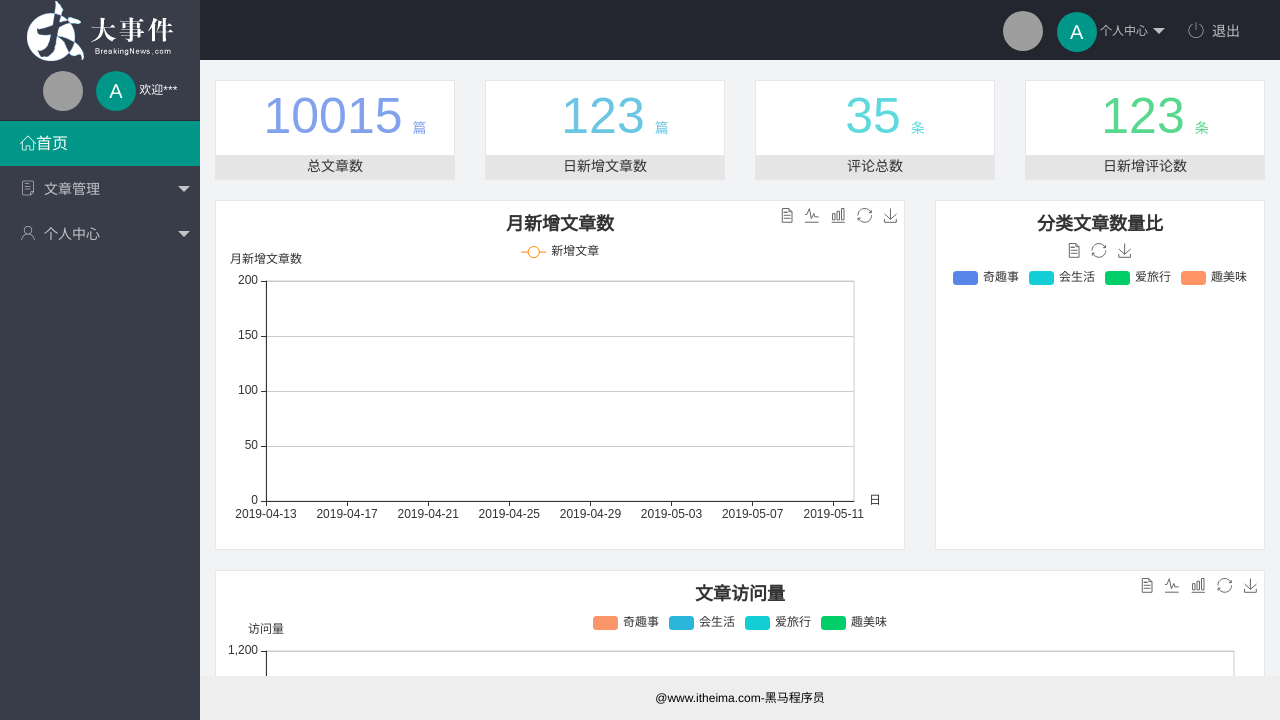
Repository: Janshen111/web_bigevent
Page: index.html
The author's editor kept a copy of each file at every save. The page is drawn from the files as they stood at one save, then again after the next save.
The browser window is 1280 px wide. The pictures show the whole page.
Pictures or frames that could not be fetched are drawn as grey boxes.

Above is the page before, as saved 2022-08-31 16:24:40.

### index.html
<!DOCTYPE html>
<html lang="en">

<head>
    <meta charset="UTF-8">
    <meta http-equiv="X-UA-Compatible" content="IE=edge">
    <meta name="viewport" content="width=device-width, initial-scale=1.0">
    <title>Document</title>
    <!-- 导入laYui的样式 -->
    <link rel="stylesheet" href="./assets/lib/layui/css/layui.css">
    <!-- 第三方图标样式表 -->
    <link rel="stylesheet" href="./assets/fonts/iconfont.css">
    <!-- 导入自己的样式表 -->
    <link rel="stylesheet" href="./assets/css/index.css">
    <script src=""></script>
</head>

<body>
    <div class="layui-layout layui-layout-admin">
        <div class="layui-header">
            <div class="layui-logo layui-hide-xs layui-bg-black">
                <img src="./assets/images/logo.png" alt="" />
            </div>
            <!-- 头部区域（可配合layui 已有的水平导航） -->
            <dl class="layui-nav-child">
                <dd><a href="">menu 11</a></dd>
                <dd><a href="">menu 22</a></dd>
                <dd><a href="">menu 33</a></dd>
            </dl>
            </li>
            </ul>
            <ul class="layui-nav layui-layout-right">
                <li class="layui-nav-item layui-hide layui-show-md-inline-block">
                    <a href="javascript:;" class="userinfo">
                        <img src="//tva1.sinaimg.cn/crop.0.0.118.118.180/5db11ff4gw1e77d3nqrv8j203b03cweg.jpg" class="layui-nav-img">
                        <span class="text-avatar">A</span> 个人中心
                    </a>
                    <dl class="layui-nav-child">
                        <dd><a href="">基本资料</a></dd>
                        <dd><a href="">更换头像</a></dd>
                        <dd><a href="">重置密码</a></dd>
                    </dl>
                </li>
                <li class="layui-nav-item">
                    <a href="javascript:;">
                        <span class="iconfont icon-tuichu"></span>退出
                    </a>
                </li>
            </ul>
        </div>

        <div class="layui-side layui-bg-black">
            <div class="layui-side-scroll">
                <div class="userinfo">
                    <img src="//tva1.sinaimg.cn/crop.0.0.118.118.180/5db11ff4gw1e77d3nqrv8j203b03cweg.jpg" class="layui-nav-img">
                    <span class="text-avatar">A</span>
                    <span id="welcome">欢迎***</span>
                </div>
                <!-- 左侧导航区域（可配合layui已有的垂直导航） -->
                <ul class="layui-nav layui-nav-tree " lay-shrink="all">
                    <li class="layui-nav-item layui-this">
                        <a href="./home/dashboard.html" target="fm" class="iconfont icon-home"></span>首页</a>
                    </li>
                    <!-- 默认展开layui-nav-itemed -->
                    <li class="layui-nav-item">
                        <a class="" href="javascript:;"><span class="iconfont icon-16"></span>文章管理</a>
                        <dl class="layui-nav-child">
                            <dd><a href="javascript:;"><i class="layui-icon layui-icon-app"></i>文章类别</a></dd>
                            <dd><a href="javascript:;"><i class="layui-icon layui-icon-app"></i>   文章列表</a></dd>
                            <dd><a href="javascript:;"><i class="layui-icon layui-icon-app"></i>   发布文章</a></dd>
                        </dl>
                    </li>
                    <li class="layui-nav-item">
                        <a href="javascript:;"><span class="iconfont icon-user"></span>个人中心</a>
                        <dl class="layui-nav-child">
                            <dd><a href="javascript:;"><i class="layui-icon layui-icon-app"></i>   基本资料</a></dd>
                            <dd><a href="javascript:;"><i class="layui-icon layui-icon-app"></i>   更换头像</a></dd>
                            <dd><a href="javascript:;"><i class="layui-icon layui-icon-app"></i>   重置密码</a></dd>
                        </dl>
                    </li>
                </ul>
            </div>
        </div>

        <div class="layui-body">
            <!-- 内容主体区域 -->
            <iframe src="/home/dashboard.html" name="fm" frameborder="0"></iframe>
        </div>

        <div class="layui-footer">
            <!-- 底部固定区域 -->
            @www.itheima.com-黑马程序员
        </div>
    </div>
    <!-- 导入laYui的JS文件 -->
    <script src="./assets/lib/layui/layui.all.js"></script>
</body>

</html>

### assets/css/index.css
.layui-footer {
    text-align: center;
    font-size: 12px;
}

.iconfont {
    margin-right: 8px;
}

.layui-icon {
    margin-right: 8px;
    margin-left: 20px;
}

iframe {
    width: 100%;
    height: 100%;
}


/* 解决内部有滚动条及显示不齐全的问题 */

.layui-body {
    overflow: hidden;
}


/* 左侧导航栏的 强制清除 cs3 transition动画的 */

a {
    transition: none!important;
}

.userinfo {
    height: 60px;
    line-height: 60px;
    text-align: center;
    font-size: 12px;
    /* 禁止内容被选中 */
    user-select: none;
}

.layui-side-scroll .userinfo {
    border-bottom: 1px solid #282b33;
}

.layui-nav-img {
    width: 40px;
    height: 40px;
}

.text-avatar {
    display: inline-block;
    width: 40px;
    height: 40px;
    background-color: #009688;
    border-radius: 50%;
    line-height: 40px;
    text-align: center;
    font-size: 20px;
    color: #fff;
    position: relative;
    top: 4px;
    margin
}

### home/dashboard.html
<!DOCTYPE html>
<html lang="en">

<head>
  <meta charset="UTF-8">
  <meta name="viewport" content="width=device-width, initial-scale=1.0">
  <meta http-equiv="X-UA-Compatible" content="ie=edge">
  <title>图表统计</title>
  <link rel="stylesheet" href="../assets/lib/bootstrap.css" />
  <link rel="stylesheet" href="../assets/lib/main.css" />
  <script src="../assets/lib/jquery.js"></script>
  <script type="text/javascript" src="../assets/lib/echarts.min.js"></script>
</head>

<body>
  <div class="container-fluid">
    <div class="row spannel_list">
      <div class="col-sm-3 col-xs-6">
        <div class="spannel">
          <em>10015</em><span>篇</span>
          <b>总文章数</b>
        </div>
      </div>
      <div class="col-sm-3 col-xs-6">
        <div class="spannel scolor01">
          <em>123</em><span>篇</span>
          <b>日新增文章数</b>
        </div>
      </div>
      <div class="col-sm-3 col-xs-6">
        <div class="spannel scolor02">
          <em>35</em><span>条</span>
          <b>评论总数</b>
        </div>
      </div>
      <div class="col-sm-3 col-xs-6">
        <div class="spannel scolor03">
          <em>123</em><span>条</span>
          <b>日新增评论数</b>
        </div>
      </div>
    </div>
  </div>

  <div class="container-fluid">
    <div class="row curve-pie">
      <div class="col-lg-8 col-md-8">
        <div class="gragh_pannel" id="curve_show"></div>
      </div>
      <div class="col-lg-4 col-md-4">
        <div class="gragh_pannel" id="pie_show"></div>
      </div>
    </div>
  </div>

  <div class="container-fluid">
    <div class="column_pannel" id="column_show"></div>
  </div>

  <script>
    var oChart = echarts.init(document.getElementById('curve_show'));
    var aList_all = [
      { 'count': 36, 'date': '2019-04-13' },
      { 'count': 52, 'date': '2019-04-14' },
      { 'count': 78, 'date': '2019-04-15' },
      { 'count': 85, 'date': '2019-04-16' },
      { 'count': 65, 'date': '2019-04-17' },
      { 'count': 72, 'date': '2019-04-18' },
      { 'count': 88, 'date': '2019-04-19' },
      { 'count': 64, 'date': '2019-04-20' },
      { 'count': 72, 'date': '2019-04-21' },
      { 'count': 90, 'date': '2019-04-22' },
      { 'count': 96, 'date': '2019-04-23' },
      { 'count': 100, 'date': '2019-04-24' },
      { 'count': 102, 'date': '2019-04-25' },
      { 'count': 110, 'date': '2019-04-26' },
      { 'count': 123, 'date': '2019-04-27' },
      { 'count': 100, 'date': '2019-04-28' },
      { 'count': 132, 'date': '2019-04-29' },
      { 'count': 146, 'date': '2019-04-30' },
      { 'count': 200, 'date': '2019-05-01' },
      { 'count': 180, 'date': '2019-05-02' },
      { 'count': 163, 'date': '2019-05-03' },
      { 'count': 110, 'date': '2019-05-04' },
      { 'count': 80, 'date': '2019-05-05' },
      { 'count': 82, 'date': '2019-05-06' },
      { 'count': 70, 'date': '2019-05-07' },
      { 'count': 65, 'date': '2019-05-08' },
      { 'count': 54, 'date': '2019-05-09' },
      { 'count': 40, 'date': '2019-05-10' },
      { 'count': 45, 'date': '2019-05-11' },
      { 'count': 38, 'date': '2019-05-12' },
    ];

    let aCount = [];
    let aDate = [];

    for (var i = 0; i < aList_all.length; i++) {
      aCount.push(aList_all[i].count);
      aDate.push(aList_all[i].date);
    }

    var chartopt = {
      title: {
        text: '月新增文章数',
        left: 'center',
        top: '10'
      },
      tooltip: {
        trigger: 'axis'
      },
      legend: {
        data: ['新增文章'],
        top: '40'
      },
      toolbox: {
        show: true,
        feature: {
          mark: { show: true },
          dataView: { show: true, readOnly: false },
          magicType: { show: true, type: ['line', 'bar'] },
          restore: { show: true },
          saveAsImage: { show: true }
        }
      },
      calculable: true,
      xAxis: [
        {
          name: '日',
          type: 'category',
          boundaryGap: false,
          data: aDate
        }
      ],
      yAxis: [
        {
          name: '月新增文章数',
          type: 'value'
        }
      ],
      series: [
        {
          name: '新增文章',
          type: 'line',
          smooth: true,
          itemStyle: { normal: { areaStyle: { type: 'default' }, color: '#f80' }, lineStyle: { color: '#f80' } },
          data: aCount
        }],
      areaStyle: {
        normal: {
          color: new echarts.graphic.LinearGradient(0, 0, 0, 1, [{
            offset: 0,
            color: 'rgba(255,136,0,0.39)'
          }, {
            offset: .34,
            color: 'rgba(255,180,0,0.25)'
          }, {
            offset: 1,
            color: 'rgba(255,222,0,0.00)'
          }])

        }
      },
      grid: {
        show: true,
        x: 50,
        x2: 50,
        y: 80,
        height: 220
      }
    };

    oChart.setOption(chartopt);


    var oPie = echarts.init(document.getElementById('pie_show'));
    var oPieopt =
    {
      title: {
        top: 10,
        text: '分类文章数量比',
        x: 'center'
      },
      tooltip: {
        trigger: 'item',
        formatter: "{a} <br/>{b} : {c} ({d}%)"
      },
      color: ['#5885e8', '#13cfd5', '#00ce68', '#ff9565'],
      legend: {
        x: 'center',
        top: 65,
        data: ['奇趣事', '会生活', '爱旅行', '趣美味']
      },
      toolbox: {
        show: true,
        x: 'center',
        top: 35,
        feature: {
          mark: { show: true },
          dataView: { show: true, readOnly: false },
          magicType: {
            show: true,
            type: ['pie', 'funnel'],
            option: {
              funnel: {
                x: '25%',
                width: '50%',
                funnelAlign: 'left',
                max: 1548
              }
            }
          },
          restore: { show: true },
          saveAsImage: { show: true }
        }
      },
      calculable: true,
      series: [
        {
          name: '访问来源',
          type: 'pie',
          radius: ['45%', '60%'],
          center: ['50%', '65%'],
          data: [
            { value: 300, name: '奇趣事' },
            { value: 100, name: '会生活' },
            { value: 260, name: '爱旅行' },
            { value: 180, name: '趣美味' }
          ]
        }
      ]
    };
    oPie.setOption(oPieopt);



    var oColumn = this.echarts.init(document.getElementById('column_show'));
    var oColumnopt =
    {
      title: {
        text: '文章访问量',
        left: 'center',
        top: '10'
      },
      tooltip: {
        trigger: 'axis'
      },
      legend: {
        data: ['奇趣事', '会生活', '爱旅行', '趣美味'],
        top: '40'
      },
      toolbox: {
        show: true,
        feature: {
          mark: { show: true },
          dataView: { show: true, readOnly: false },
          magicType: { show: true, type: ['line', 'bar'] },
          restore: { show: true },
          saveAsImage: { show: true }
        }
      },
      calculable: true,
      xAxis: [
        {
          type: 'category',
          data: ['1月', '2月', '3月', '4月', '5月']
        }
      ],
      yAxis: [
        {
          name: '访问量',
          type: 'value'
        }
      ],
      series: [
        {
          name: '奇趣事',
          type: 'bar',
          barWidth: 20,
          itemStyle: {
            normal: { areaStyle: { type: 'default' }, color: '#fd956a' }
          },
          data: [800, 708, 920, 1090, 1200]
        },
        {
          name: '会生活',
          type: 'bar',
          barWidth: 20,
          itemStyle: {
            normal: { areaStyle: { type: 'default' }, color: '#2bb6db' }
          },
          data: [400, 468, 520, 690, 800]
        },
        {
          name: '爱旅行',
          type: 'bar',
          barWidth: 20,
          itemStyle: {
            normal: { areaStyle: { type: 'default' }, color: '#13cfd5' }
          },
          data: [500, 668, 520, 790, 900]
        },
        {
          name: '趣美味',
          type: 'bar',
          barWidth: 20,
          itemStyle: {
            normal: { areaStyle: { type: 'default' }, color: '#00ce68' }
          },
          data: [600, 508, 720, 890, 1000]
        }
      ],
      grid: {
        show: true,
        x: 50,
        x2: 30,
        y: 80,
        height: 260
      },
      dataZoom: [//给x轴设置滚动条
        {
          start: 0,//默认为0
          end: 100 - 1000 / 31,//默认为100
          type: 'slider',
          show: true,
          xAxisIndex: [0],
          handleSize: 0,//滑动条的 左右2个滑动条的大小
          height: 8,//组件高度
          left: 45, //左边的距离
          right: 50,//右边的距离
          bottom: 26,//右边的距离
          handleColor: '#ddd',//h滑动图标的颜色
          handleStyle: {
            borderColor: "#cacaca",
            borderWidth: "1",
            shadowBlur: 2,
            background: "#ddd",
            shadowColor: "#ddd",
          }
        }]
    };
    oColumn.setOption(oColumnopt);
  </script>
</body>

</html>

Loaded but not shown: assets/lib/layui/css/layui.css (library); assets/fonts/iconfont.css (common file); assets/lib/layui/layui.all.js (library); assets/lib/bootstrap.css (library); assets/lib/main.css (library); assets/lib/jquery.js (library); assets/lib/echarts.min.js (library); assets/lib/layui/css/modules/laydate/default/laydate.css (library); assets/lib/layui/css/modules/layer/default/layer.css (library); assets/lib/layui/css/modules/code.css (common file)

After the next save:
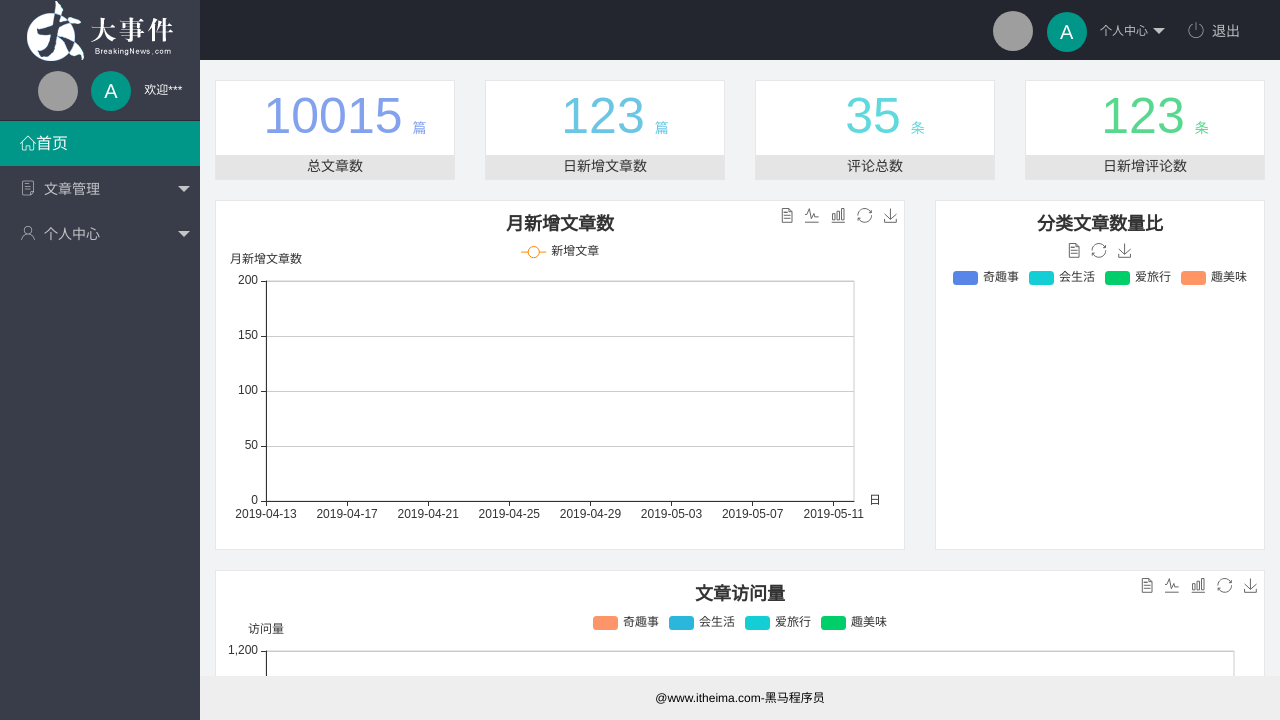
Saved 17 s later.
--- a/assets/css/index.css
+++ b/assets/css/index.css
@@ -61,5 +61,5 @@ a {
     color: #fff;
     position: relative;
     top: 4px;
-    margin
+    margin-right: 10px;
 }
